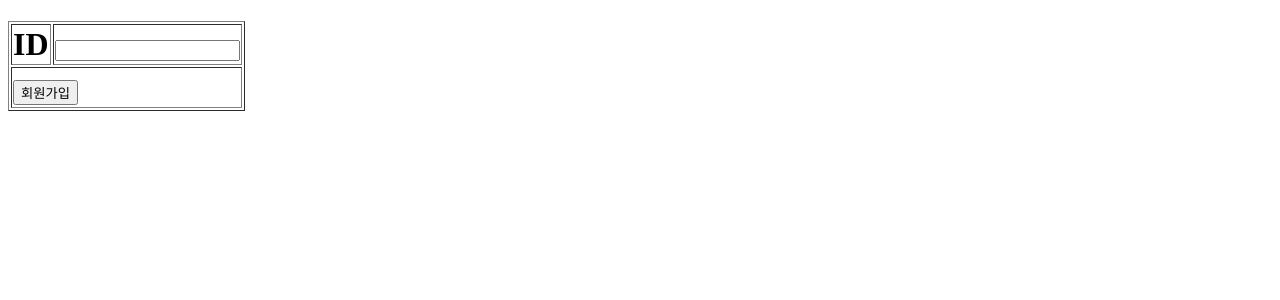
Repository: siucrystal/siuproject
Page: http://localhost/myweb/idcheck.jsp
An editor plug-in stored every save of this project. The page is shown before and after the next save, followed by the edit.
The browser window is 1280 px wide. The pictures show the whole page.
The page is served by Tomcat 9. Other server files are loaded and not shown.

Above is the page before, as saved 2023-09-19 01:57:00.

### jspws/myweb/src/main/webapp/idcheck.jsp
<%@ page language="java" contentType="text/html; charset=UTF-8"
    pageEncoding="UTF-8"%>
<%
String rs = request.getParameter("rs");
if(rs == null) rs = "";
%>
<!DOCTYPE html>
<html>
<head>
<meta charset="UTF-8">
<title>test idcheck</title>
</head>
<body>
<h1>
	<form name="joinForm" action="getMemberjson.jsp" method="post">
		<table border="1">
			<tr><th>ID</th>
			<td>
			<input type="text" name="id">
			</td></tr>
			<%if(rs.equals("1")) { %>
				<tr><td colspan="2">존재하는 ID 입니다</td></tr>
			<%}else if(rs.equals("0")){ %>
				<tr><td colspan="2">사용가능한 ID 입니다</td></tr>
			<%} %>
			<tr><td colspan="2"><input type="submit" value="회원가입"></td></tr>
		</table>
	</form>
</h1>
</body>
</html>

After the next save:
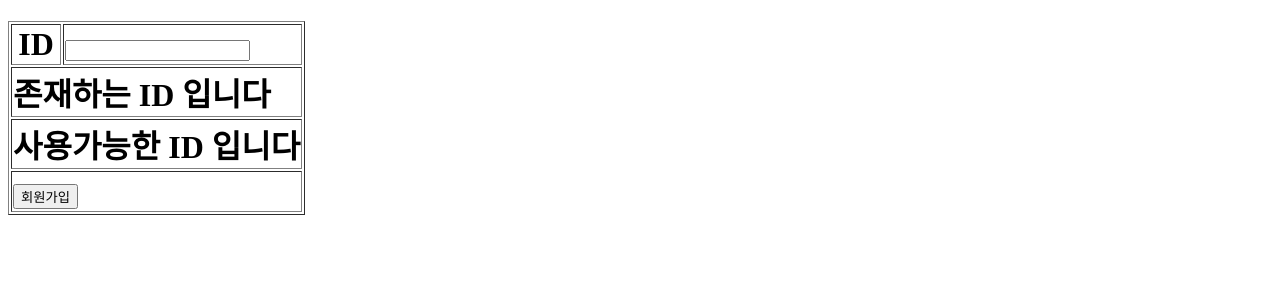
Console error: SyntaxError: missing ) after argument list
Saved 21 min 21 s later.
--- a/jspws/myweb/src/main/webapp/idcheck.jsp
+++ b/jspws/myweb/src/main/webapp/idcheck.jsp
@@ -1,12 +1,33 @@
 <%@ page language="java" contentType="text/html; charset=UTF-8"
     pageEncoding="UTF-8"%>
-<%
-String rs = request.getParameter("rs");
-if(rs == null) rs = "";
-%>
+
+
 <!DOCTYPE html>
 <html>
 <head>
+<script type="text/javascript" scr="http://code.jquery.com/jquery-3.5.1.min.js"></script>
+<script>
+	function getMemberAjax(id) {
+		$.ajax({
+			contentType : 'application/json',
+			type: 'GET',
+			url: 'getMemberjson.jsp',
+			data: {id:id},
+			dataType: 'json',
+			success: function(response) {
+				console.log(response);
+
+			},
+			error : function(xhr, status, error) {
+				console.log(xhr, status, error);
+			}
+		});
+	}
+
+	$(functiuon(){
+		getMemberAjax('kim');
+	})
+</script>
 <meta charset="UTF-8">
 <title>test idcheck</title>
 </head>
@@ -18,11 +39,8 @@
 			<td>
 			<input type="text" name="id">
 			</td></tr>
-			<%if(rs.equals("1")) { %>
-				<tr><td colspan="2">존재하는 ID 입니다</td></tr>
-			<%}else if(rs.equals("0")){ %>
-				<tr><td colspan="2">사용가능한 ID 입니다</td></tr>
-			<%} %>
+			<tr><td colspan="2">존재하는 ID 입니다</td></tr>
+			<tr><td colspan="2">사용가능한 ID 입니다</td></tr>
 			<tr><td colspan="2"><input type="submit" value="회원가입"></td></tr>
 		</table>
 	</form>
